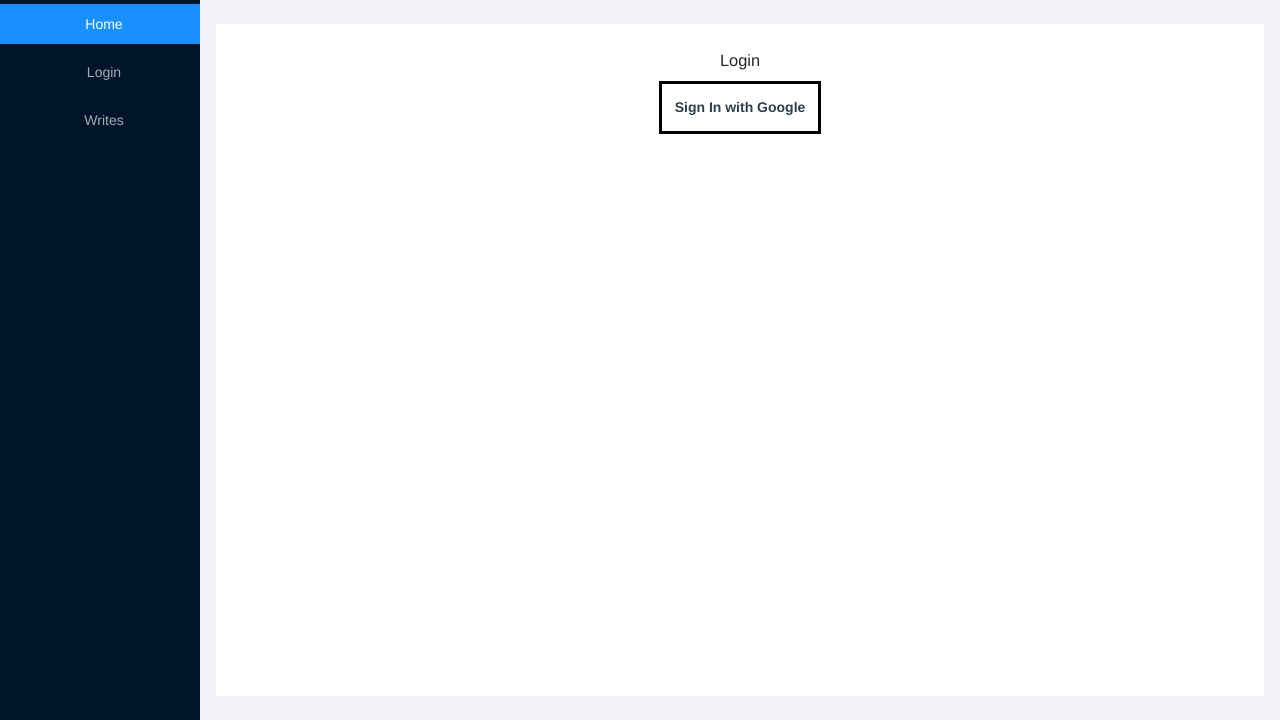
Repository: writesapp/mod
Page: /login
The author's editor kept a copy of each file at every save. The page is drawn from the files as they stood at one save, then again after the next save.
The browser window is 1280 px wide. The pictures show the whole page.
The project was rebuilt for these pictures with package versions that can differ from the ones it lists, and the page was loaded fresh each time. Also part of the build but not shown: src/views/Home.vue, src/views/Writes.vue.

Above is the page before, as saved 2020-07-09 14:10:19.

After the next save:
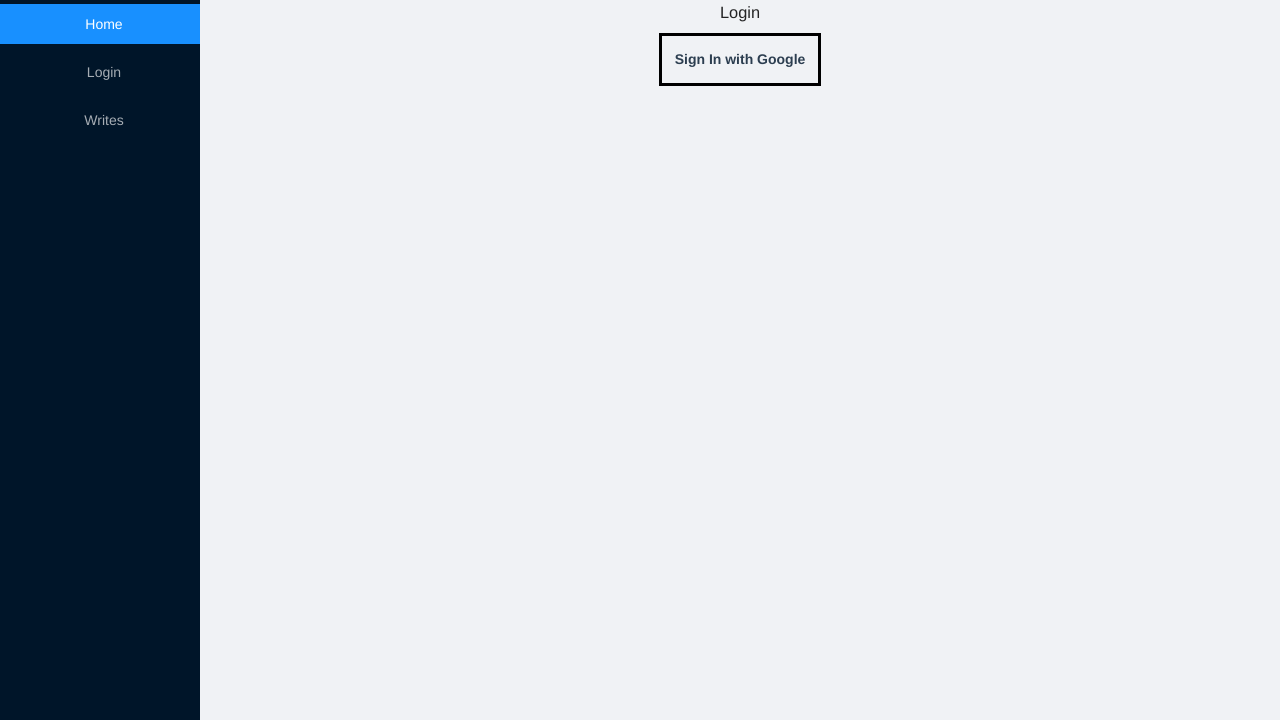
Saved 2 min 50 s later.
--- a/src/App.vue
+++ b/src/App.vue
@@ -16,9 +16,7 @@
       </a-menu>
     </a-layout-sider>
     <a-layout>
-      <a-layout-content
-        :style="{ margin: '24px 16px', padding: '24px', background: '#fff', minHeight: '280px' }"
-      >
+      <a-layout-content>
         <router-view/>
       </a-layout-content>
     </a-layout>
